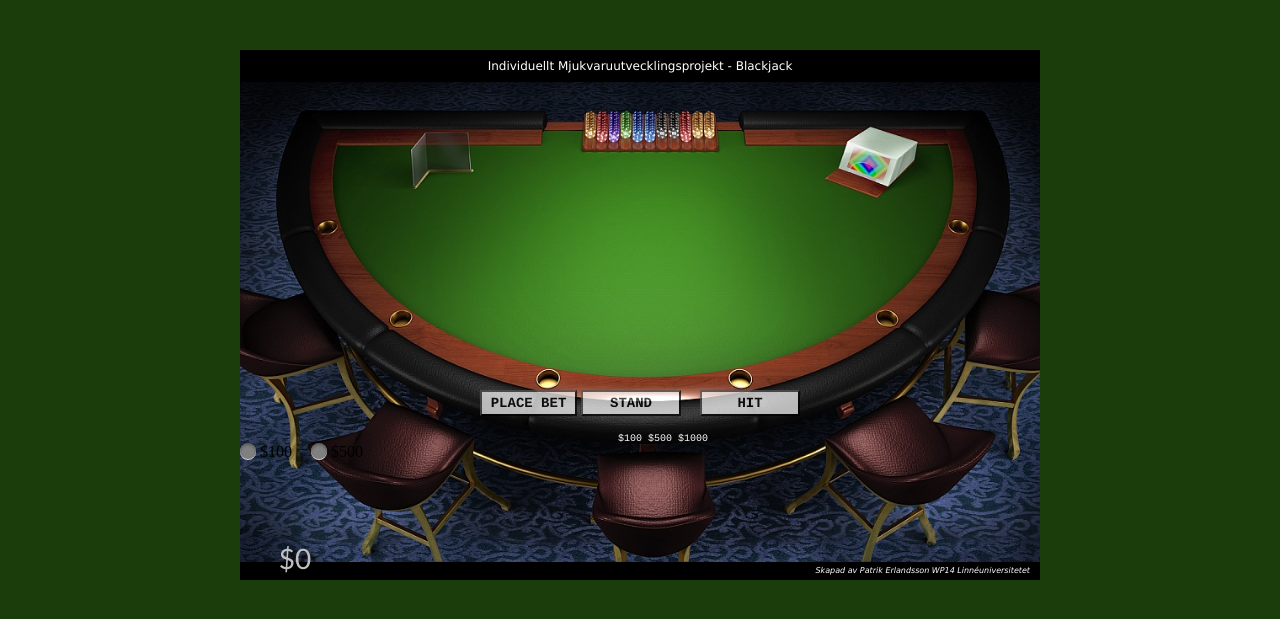
Repository: pat-erl/pe22dw.github.io
Page: pe22dw-project-master/index.html
The author's editor kept a record of every edit. The page is drawn from the files as they stood at one moment, then again after the next edit.
The browser window is 1280 px wide. The pictures show the whole page.

Above is the page before.
Console error: SyntaxError: Unexpected token ','

After the next edit:
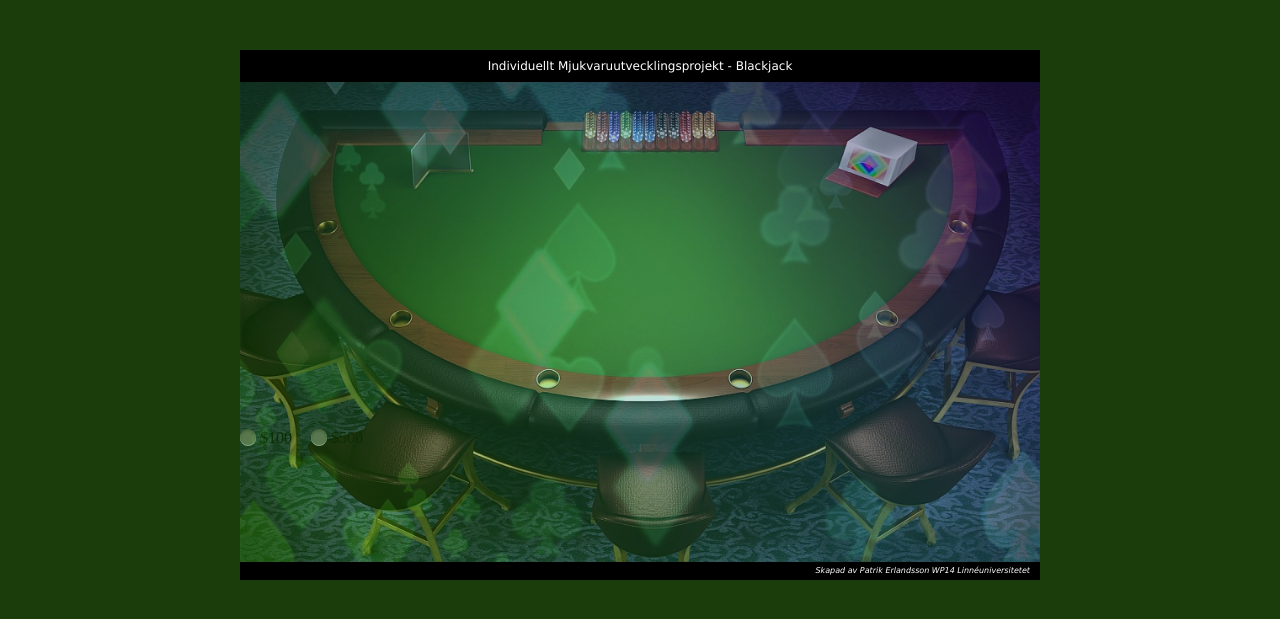
Console error: TypeError: Cannot set properties of null (setting 'className')
The edit:
--- a/pe22dw-project-master/js/Game.js
+++ b/pe22dw-project-master/js/Game.js
@@ -223,7 +223,7 @@
 
                     Score.playerBust();
 
-                },1000);
+                //},1000);
             }
         }
     },

After the 2 edits that followed:
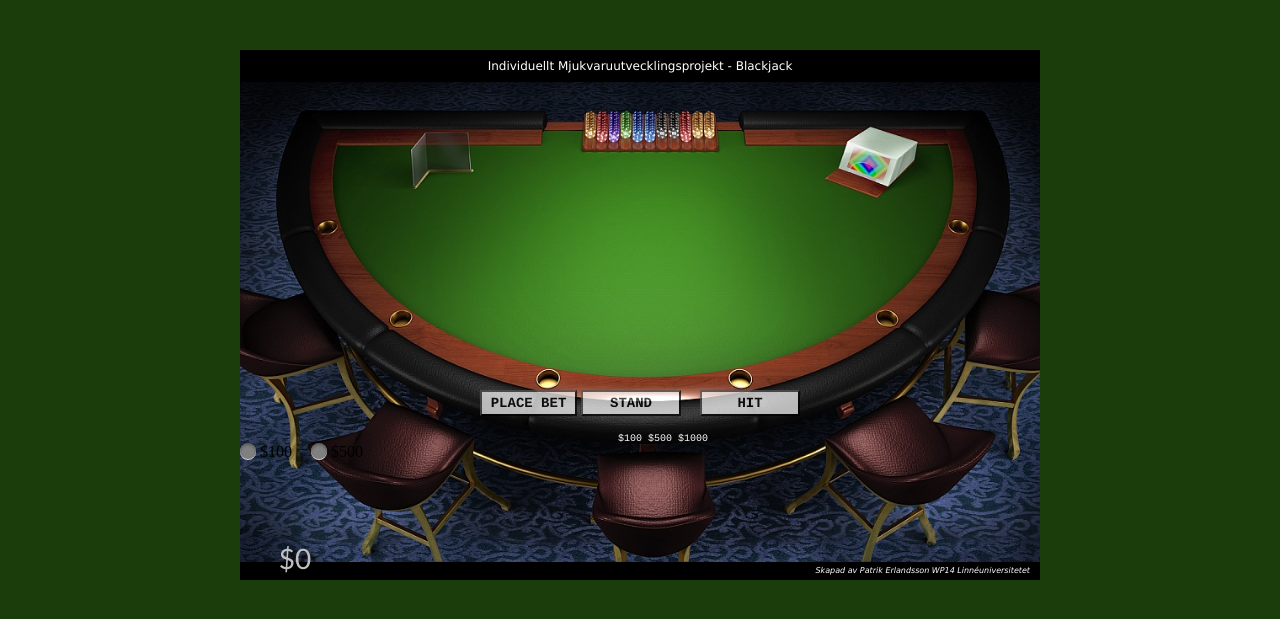
Console error: SyntaxError: missing ) after argument list
The 2 edits are shown as one change because 1 left the picture as it was.
The edit:
--- a/pe22dw-project-master/js/Game.js
+++ b/pe22dw-project-master/js/Game.js
@@ -150,7 +150,7 @@
 
         },500);
 
-        //setTimeout(function(){
+        setTimeout(function(){
 
             Game.dealerHits();
 
@@ -283,7 +283,7 @@
                     }
                 }
             }
-        }, 1000);
+        }, 500);
     },
 
     roundIsOver: function() {
